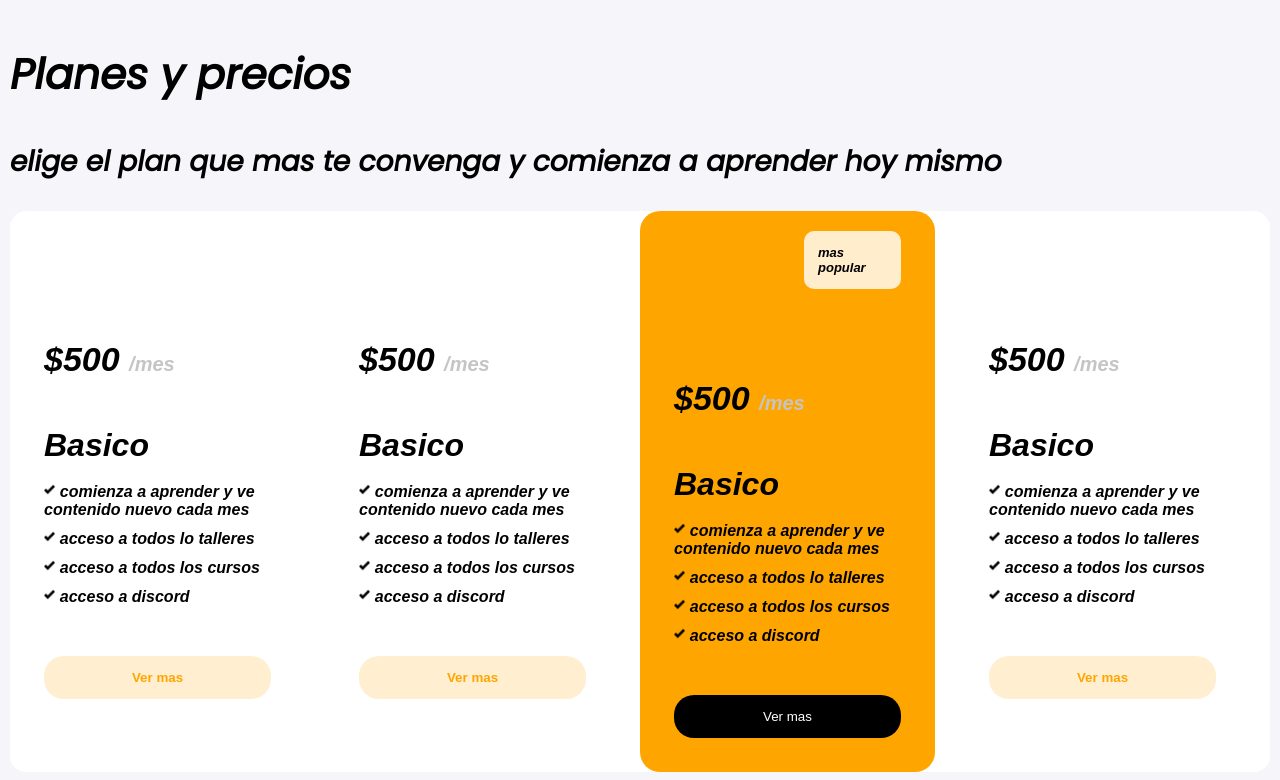
Repository: darkmantiz2/Tarjetas-planes
Page: index.html
An editor plug-in stored every save of this project. The page is shown before and after the next save, followed by the edit.
The browser window is 1280 px wide. The pictures show the whole page.

Above is the page before, as saved 2022-01-11 10:52:55.

After the next save:
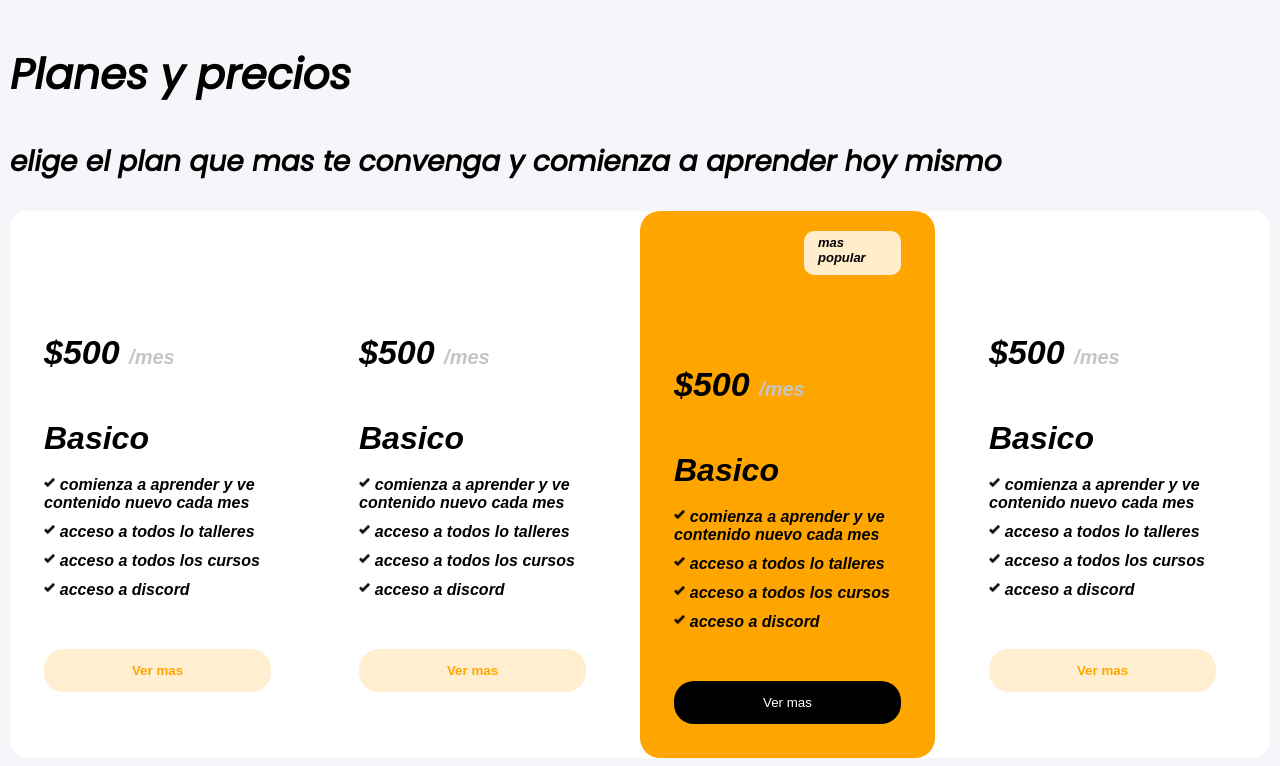
Saved 17 s later.
--- a/css/index.css
+++ b/css/index.css
@@ -143,7 +143,7 @@ body {
   background-color: rgba(255, 255, 255, 0.801);
   margin-top: 20px;
   margin-left: 130px;
-  padding:  14px;
+  padding: 4px 14px 10px;
   border-radius: 10px;
   font-size: small;
 }
